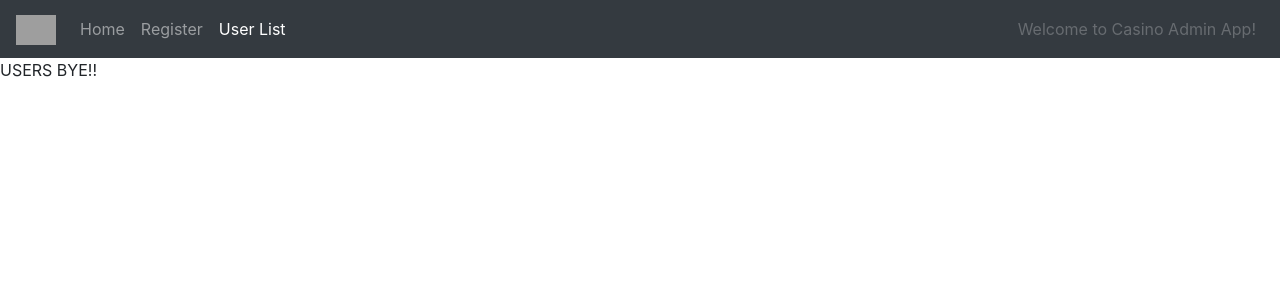
Repository: piyushrulesyou/CasinoGameApplication
Page: http://localhost/adminPanel/UsersList.jsp
The author's editor kept a copy of each file at every save. The page is drawn from the files as they stood at one save, then again after the next save.
The browser window is 1280 px wide. The pictures show the whole page.
Pictures or frames that could not be fetched are drawn as grey boxes. The page is served by Tomcat 9. Nobody is signed in. The application's start-up code is not run. Other server files are loaded and not shown.

Above is the page before, as saved 2019-10-31 16:59:43.

### AdminPanel/adminPanel/src/main/webapp/UsersList.jsp
<%@ taglib uri="http://java.sun.com/jsp/jstl/core" prefix="c"%>

<%@ page language="java" contentType="text/html; charset=ISO-8859-1"
	pageEncoding="ISO-8859-1" isELIgnored="false"%>

<!DOCTYPE html>
<html>
<head>
<title>UsersList</title>
<meta charset="utf-8">

<meta name="viewport" content="width=device-width, initial-scale=1">


<link rel="stylesheet"
	href="https://maxcdn.bootstrapcdn.com/bootstrap/4.3.1/css/bootstrap.min.css">
<script
	src="https://ajax.googleapis.com/ajax/libs/jquery/3.4.1/jquery.min.js"></script>
<script
	src="https://cdnjs.cloudflare.com/ajax/libs/popper.js/1.14.7/umd/popper.min.js"></script>
<script
	src="https://maxcdn.bootstrapcdn.com/bootstrap/4.3.1/js/bootstrap.min.js"></script>
</head>
<body>

	<nav class="navbar navbar-expand-sm bg-dark navbar-dark">
		<!-- 	<nav class="navbar navbar-expand-sm navbar-light bg-faded"> -->
		<a class="navbar-brand" href="index.jsp"> <img
			src="https://www.slotnite.com/images/sliders/livecasino/casino1.png"
			alt="logo" style="width: 40px;">
		</a>

		<!-- Links -->
		<ul class="navbar-nav mr-auto">
			<li class="nav-item"><a class="nav-link" href="index.jsp">Home</a></li>
			<li class="nav-item"><a class="nav-link" href="RegisterUser.jsp">Register</a></li>
			<li class="nav-item"><a class="nav-link active" href="">User
					List</a></li>
		</ul>
		<ul class="navbar-nav">
			<li class="nav-item"><span class="nav-link disabled">Welcome
					to Casino Admin App!</span></li>
		</ul>
	</nav>

	USERS ${listOfUsers} BYE!!

	<c:forEach var="i" begin = "0" end = "3">

		<c:out value="${listOfUsers.get(i)}"/>

	</c:forEach>



</body>
</html>

After the next save:
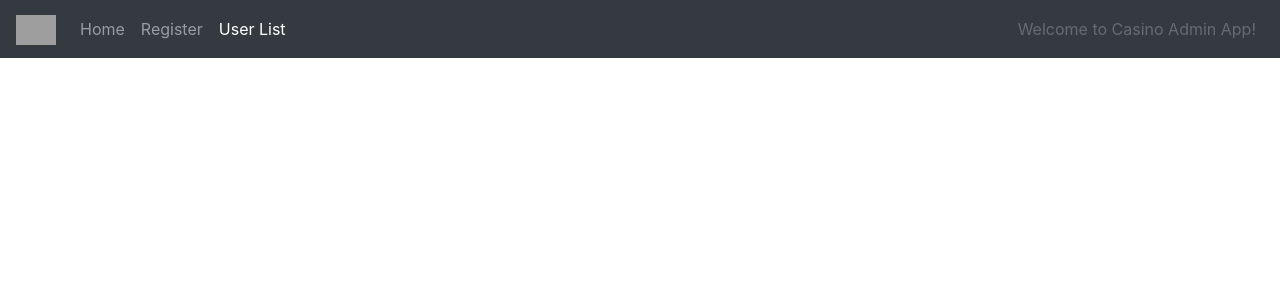
Saved 74 s later.
--- a/AdminPanel/adminPanel/src/main/webapp/UsersList.jsp
+++ b/AdminPanel/adminPanel/src/main/webapp/UsersList.jsp
@@ -43,7 +43,7 @@
 		</ul>
 	</nav>
 
-	USERS ${listOfUsers} BYE!!
+<%-- 	USERS ${listOfUsers} BYE!! --%>
 
 	<c:forEach var="i" begin = "0" end = "3">
 
